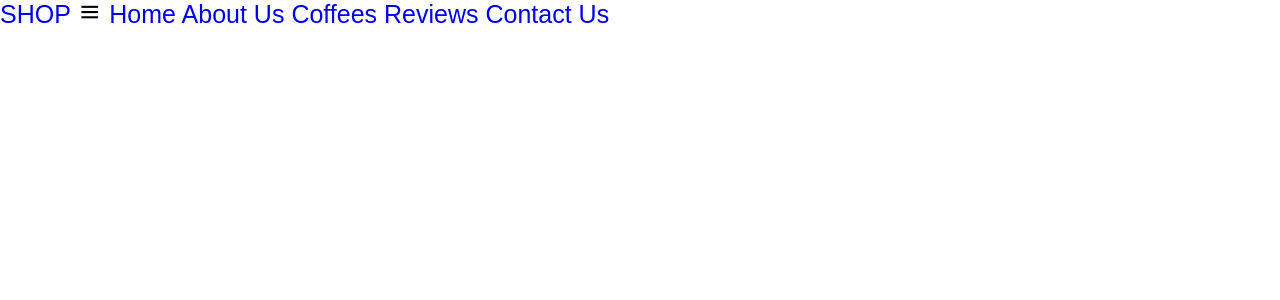
Repository: ntandomagana/Coffee-Shop
Page: index.html
An editor plug-in stored every save of this project. The page is shown before and after a run of saves, followed by the edit.
The browser window is 1280 px wide. The pictures show the whole page.

Above is the page before, as saved 2024-04-10 13:36:37.

After the next 2 saves:
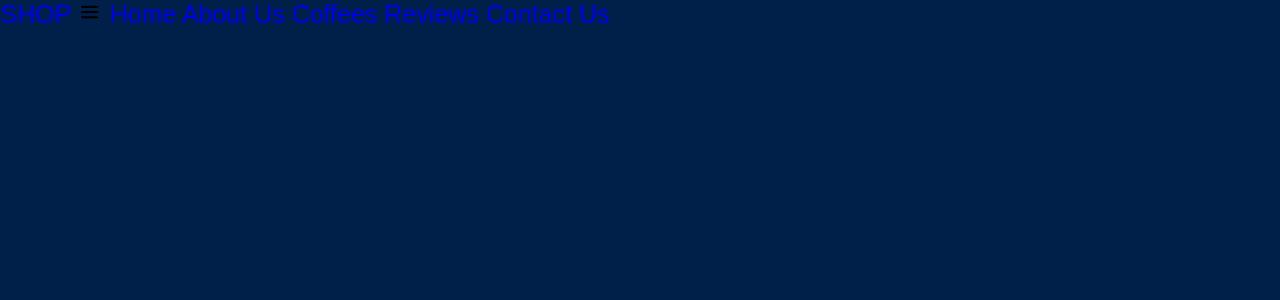
The 2 saves are shown as one change because they came seconds apart.
The last was saved 13 s later.
--- a/style.css
+++ b/style.css
@@ -22,5 +22,5 @@
 }
 
 body {
-
+    background: var(--bg-color);
 }
